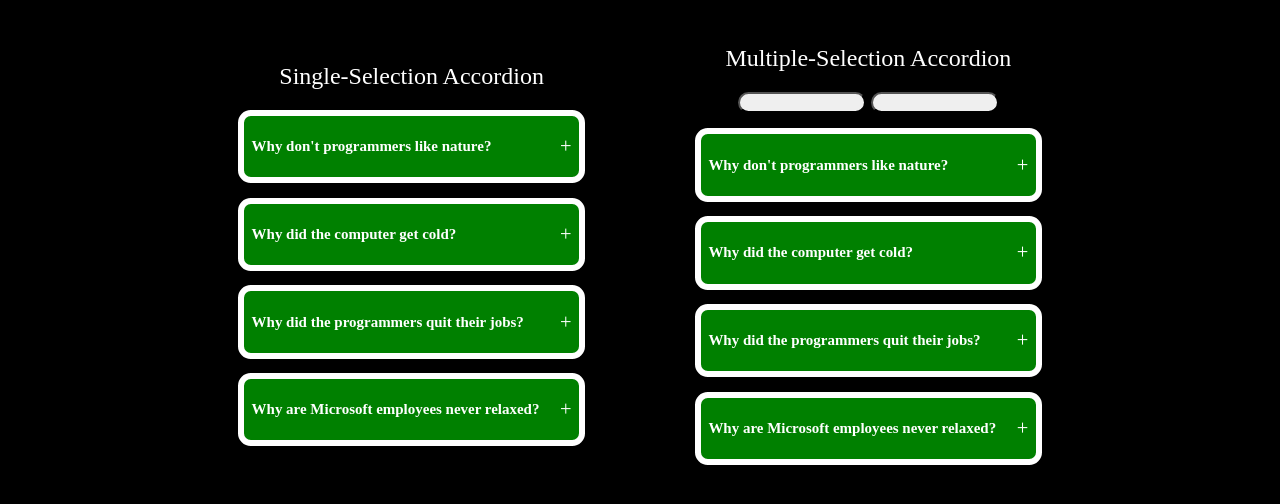
Repository: kosenijr/react-projects
Page: / (app in accordion/)
These files come from the project's save history. The page is drawn as it stood at one moment and after the next save; the edit follows.
The browser window is 1280 px wide. The pictures show the whole page.
The project was rebuilt for these pictures with package versions that can differ from the ones it lists, and the page was loaded fresh each time.

Above is the page before, as saved 2024-03-03 13:07:30.

After the next save:
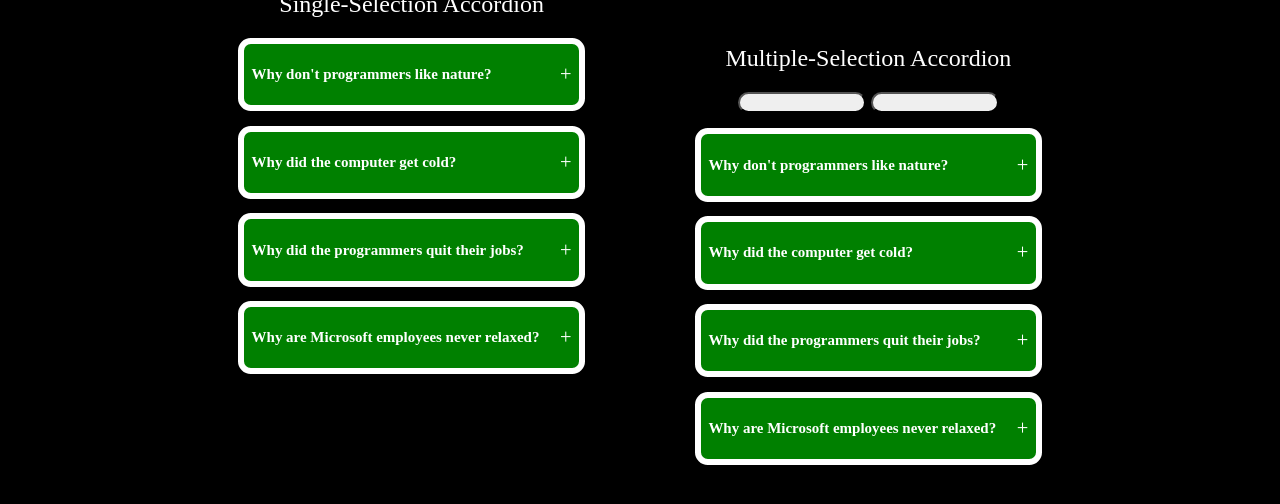
Saved 22 s later.
--- a/accordion/src/styles/SingleSelection.css
+++ b/accordion/src/styles/SingleSelection.css
@@ -1,7 +1,7 @@
 .single-selection-wrapper {
   display: flex;
   align-items: center;
-  height: 70vh;
+  height: 50vh;
   margin-left: 10vw;
 }
 

After the 2 saves that followed:
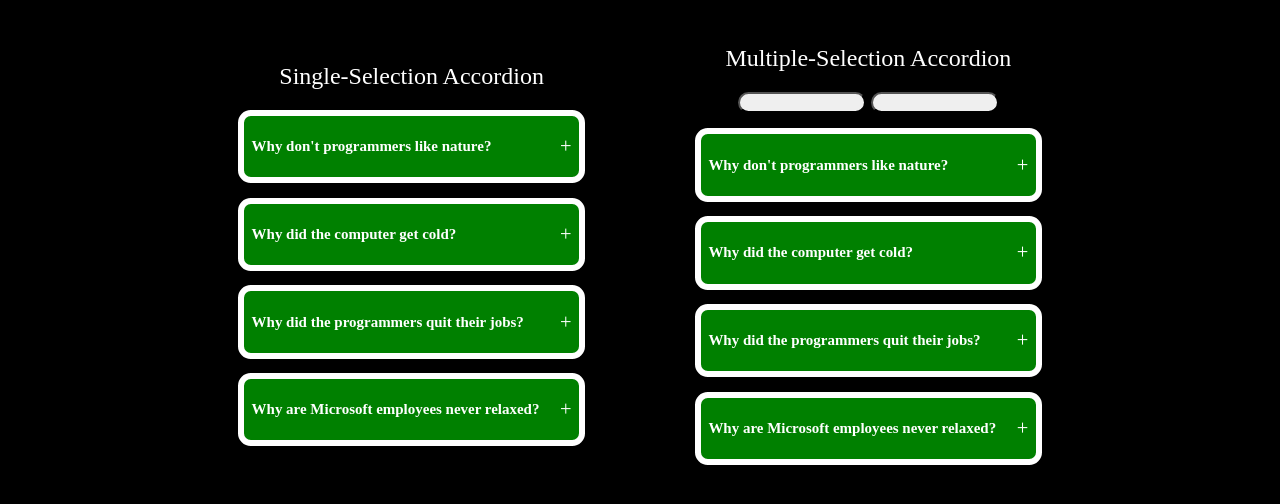
The 2 saves are shown as one change because they came seconds apart.
The last was saved 8 s later.
--- a/accordion/src/styles/SingleSelection.css
+++ b/accordion/src/styles/SingleSelection.css
@@ -1,7 +1,7 @@
 .single-selection-wrapper {
   display: flex;
   align-items: center;
-  height: 50vh;
+  height: 70vh;
   margin-left: 10vw;
 }
 
